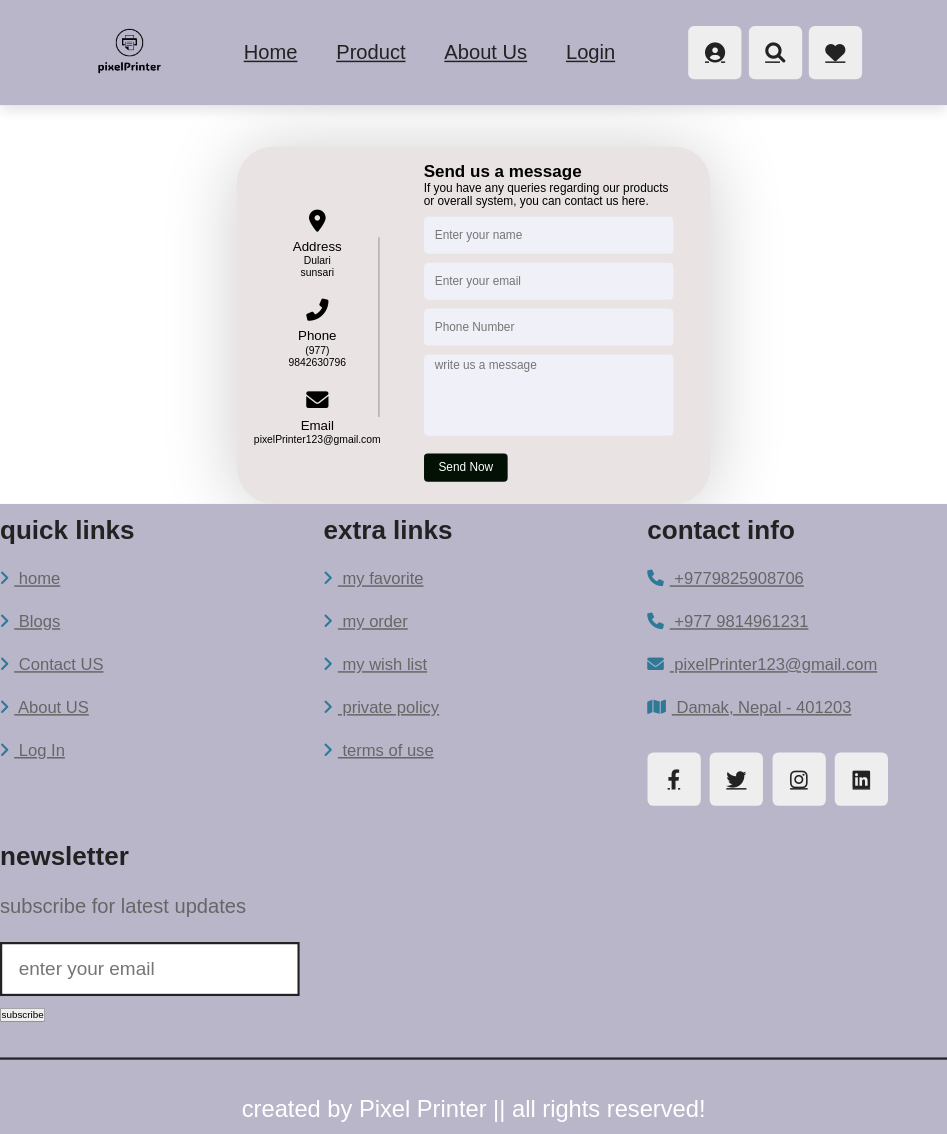
Repository: kritikakittu06/Ecommerce
Page: http://localhost/PixlePrinter/pages/Contact.jsp
These files come from the project's save history. The page is drawn as it stood at one moment and after the next save; the edit follows.
The browser window is 1280 px wide. The pictures show the whole page, at 74% of full size.
The page is served by Tomcat 9.

Above is the page before, as saved 2024-04-15 10:02:13.

After the next save:
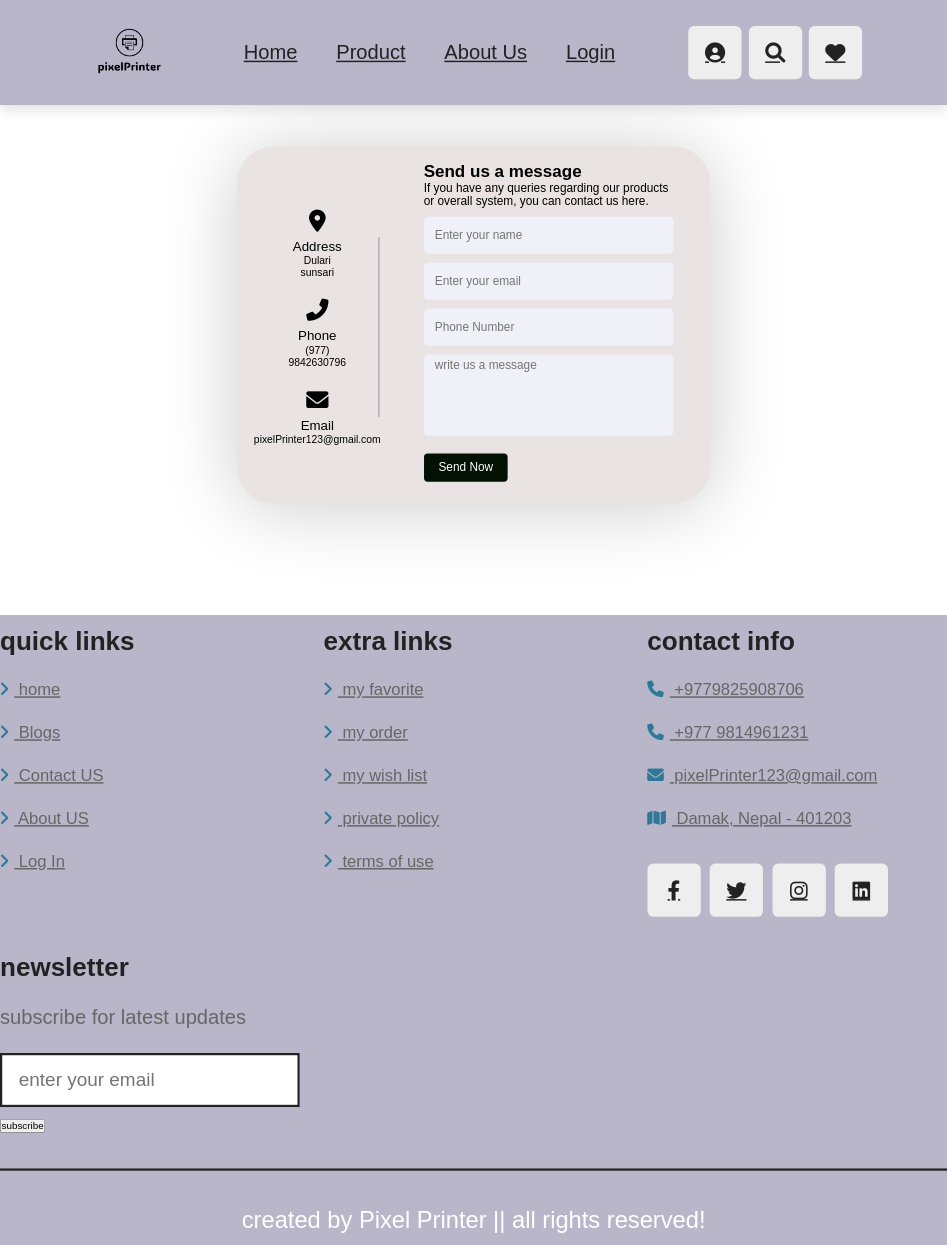
Saved 65 s later.
--- a/PixlePrinter/src/main/webapp/css/Contact.css
+++ b/PixlePrinter/src/main/webapp/css/Contact.css
@@ -207,7 +207,7 @@
 
 .footer{
     background:#b9b6ca;
-    margin-top: 150x;
+    margin-top: 150px;
 }
 
 .footer .box-container{
